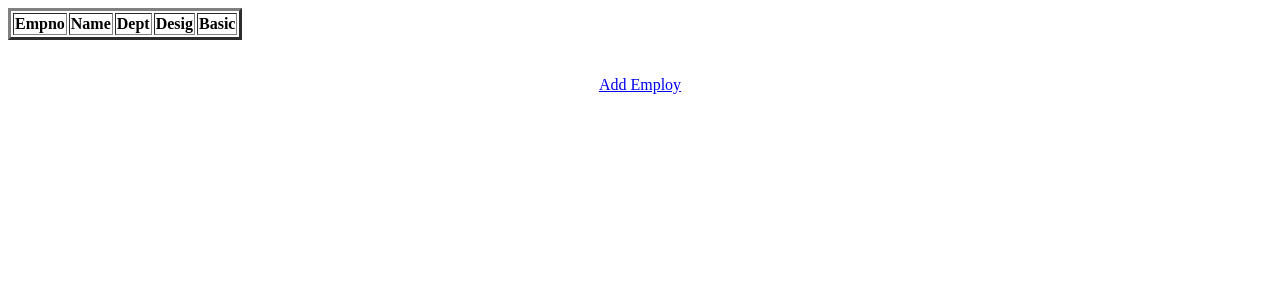
Repository: bspr147/hcl-codes
Page: http://localhost/EmployCrud/EmployShow.jsp
These files come from the project's save history. The page is drawn as it stood at one moment and after the next save; the edit follows.
The browser window is 1280 px wide. The pictures show the whole page.
The page is served by Tomcat 9. Queries for data that is not in the repository find no rows.

Above is the page before, as saved 2019-08-21 07:09:04.

After the next save:
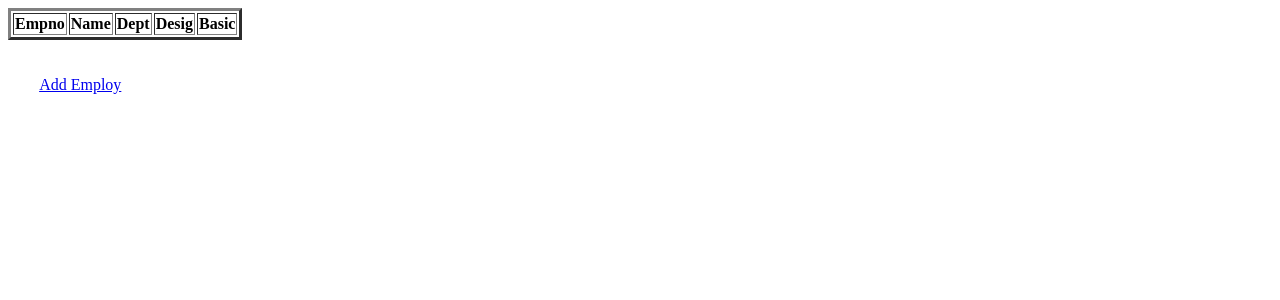
Saved 15 s later.
--- a/HCL Files/Day17/EmployCrud/WebContent/EmployShow.jsp
+++ b/HCL Files/Day17/EmployCrud/WebContent/EmployShow.jsp
@@ -37,8 +37,7 @@
 		}
 	%>
 </table> <br/><br/>
-<center>
+&nbsp;&nbsp;&nbsp;&nbsp;&nbsp;&nbsp;&nbsp;
 <a href="AddEmploy.jsp">Add Employ</a>
-</center>
 </body>
 </html>
